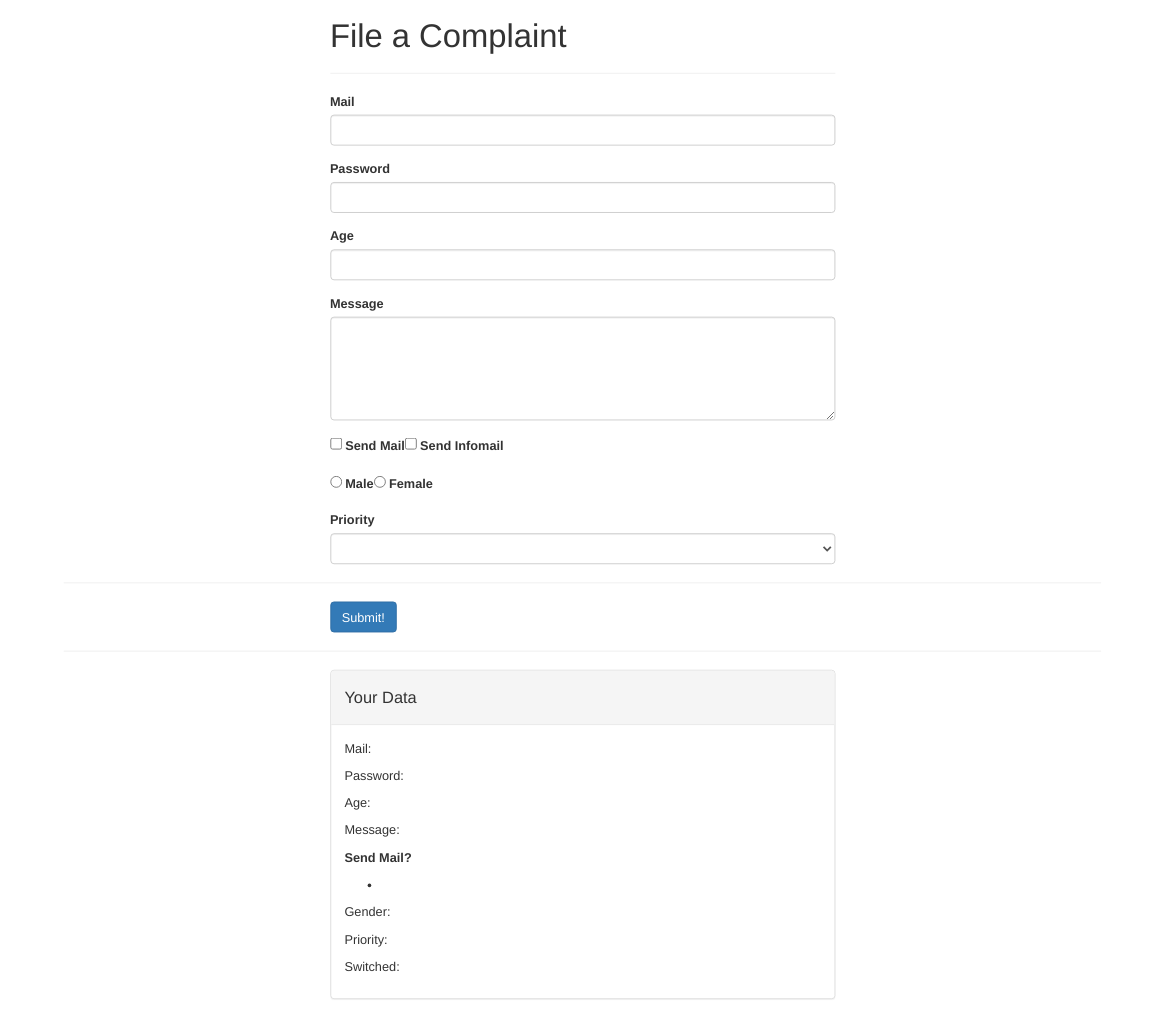
Repository: wojkos/Learn
Page: / (app in Vue/module_form/)
The author's editor kept a copy of each file at every save. The page is drawn from the files as they stood at one save, then again after the next save.
The browser window is 1280 px wide. The pictures show the whole page, at 91% of full size.
The project was rebuilt for these pictures with package versions that can differ from the ones it lists, and the page was loaded fresh each time. Also part of the build but not shown: Vue/module_form/webpack.config.js.

Above is the page before, as saved 2018-05-15 22:12:25.

### Vue/module_form/src/App.vue
<template>
    <div class="container">
        <form>
            <div class="row">
                <div class="col-xs-12 col-sm-8 col-sm-offset-2 col-md-6 col-md-offset-3">
                    <h1>File a Complaint</h1>
                    <hr>
                    <div class="form-group">
                        <label for="email">Mail</label>
                        <input
                                type="text"
                                id="email"
                                class="form-control"
                                v-model="email">
                    </div>
                    <div class="form-group">
                        <label for="password">Password</label>
                        <input
                                type="password"
                                id="password"
                                class="form-control">
                    </div>
                    <div class="form-group">
                        <label for="age">Age</label>
                        <input
                                type="number"
                                id="age"
                                class="form-control">
                    </div>

                </div>
            </div>
            <div class="row">
                <div class="col-xs-12 col-sm-8 col-sm-offset-2 col-md-6 col-md-offset-3 form-group">
                    <label for="message">Message</label><br>
                    <!-- Interpolation between <textarea>{{ test }}</textarea> doesn't work!-->
                    <textarea
                            id="message"
                            rows="5"
                            class="form-control"></textarea>
                </div>
            </div>
            <div class="row">
                <div class="col-xs-12 col-sm-8 col-sm-offset-2 col-md-6 col-md-offset-3">
                    <div class="form-group">
                        <label for="sendmail">
                            <input
                                    type="checkbox"
                                    id="sendmail"
                                    value="SendMail"> Send Mail
                        </label>
                        <label for="sendInfomail">
                            <input
                                    type="checkbox"
                                    id="sendInfomail"
                                    value="SendInfoMail"> Send Infomail
                        </label>
                    </div>

                </div>
            </div>
            <div class="row">
                <div class="col-xs-12 col-sm-8 col-sm-offset-2 col-md-6 col-md-offset-3 form-group">
                    <label for="male">
                        <input
                                type="radio"
                                id="male"
                                value="Male"> Male
                    </label>
                    <label for="female">
                        <input
                                type="radio"
                                id="female"
                                value="Female"> Female
                    </label>
                </div>
            </div>
            <div class="row">
                <div class="col-xs-12 col-sm-8 col-sm-offset-2 col-md-6 col-md-offset-3 from-group">
                    <label for="priority">Priority</label>
                    <select
                            id="priority"
                            class="form-control">
                        <option></option>
                    </select>
                </div>
            </div>
            <hr>
            <div class="row">
                <div class="col-xs-12 col-sm-8 col-sm-offset-2 col-md-6 col-md-offset-3">
                    <button
                            class="btn btn-primary">Submit!
                    </button>
                </div>
            </div>
        </form>
        <hr>
        <div class="row">
            <div class="col-xs-12 col-sm-8 col-sm-offset-2 col-md-6 col-md-offset-3">
                <div class="panel panel-default">
                    <div class="panel-heading">
                        <h4>Your Data</h4>
                    </div>
                    <div class="panel-body">
                        <p>Mail: {{ email }}</p>
                        <p>Password:</p>
                        <p>Age:</p>
                        <p>Message: </p>
                        <p><strong>Send Mail?</strong></p>
                        <ul>
                            <li></li>
                        </ul>
                        <p>Gender:</p>
                        <p>Priority:</p>
                        <p>Switched:</p>
                    </div>
                </div>
            </div>
        </div>
    </div>
</template>

<script>
    export default {
        data () {
            return {
                email: ''
            }
        }
    }
</script>

<style>

</style>

Loaded but not shown: Vue/module_form/index.html (common file); Vue/module_form/src/main.js (common file)

After the next save:
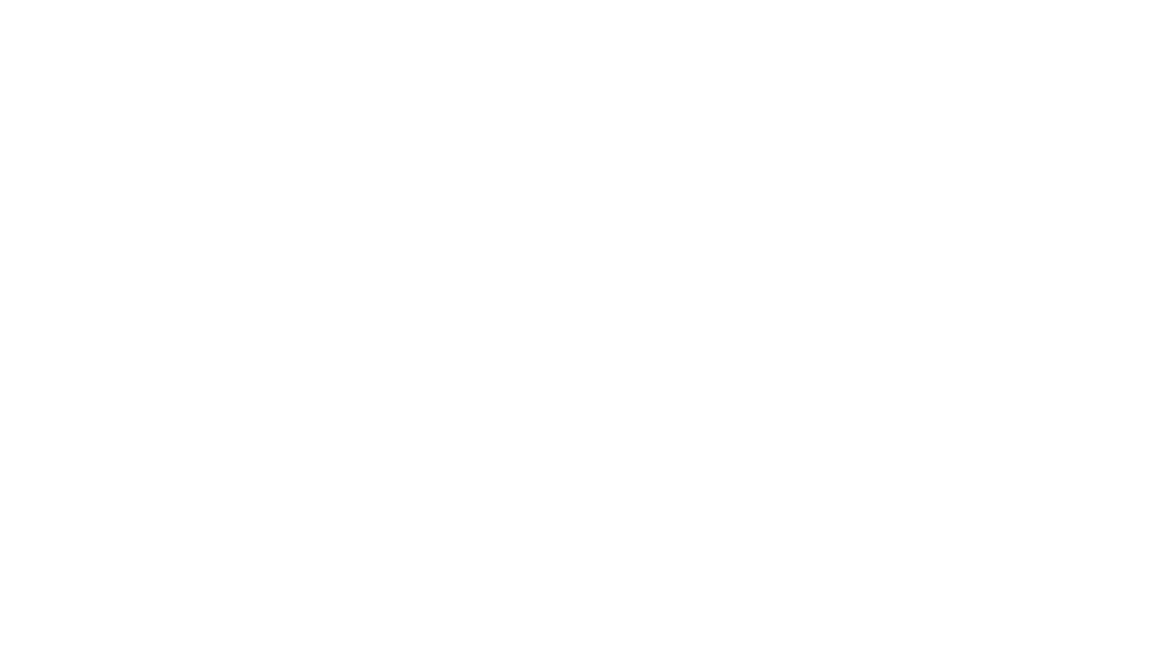
Saved 4 min 35 s later.
--- a/Vue/module_form/src/App.vue
+++ b/Vue/module_form/src/App.vue
@@ -11,7 +11,7 @@
                                 type="text"
                                 id="email"
                                 class="form-control"
-                                v-model="email">
+                                v-model="UserData.email">
                     </div>
                     <div class="form-group">
                         <label for="password">Password</label>
@@ -124,7 +124,10 @@
     export default {
         data () {
             return {
-                email: ''
+                userData: {
+                    email: ''
+
+                }
             }
         }
     }

After the 3 saves that followed:
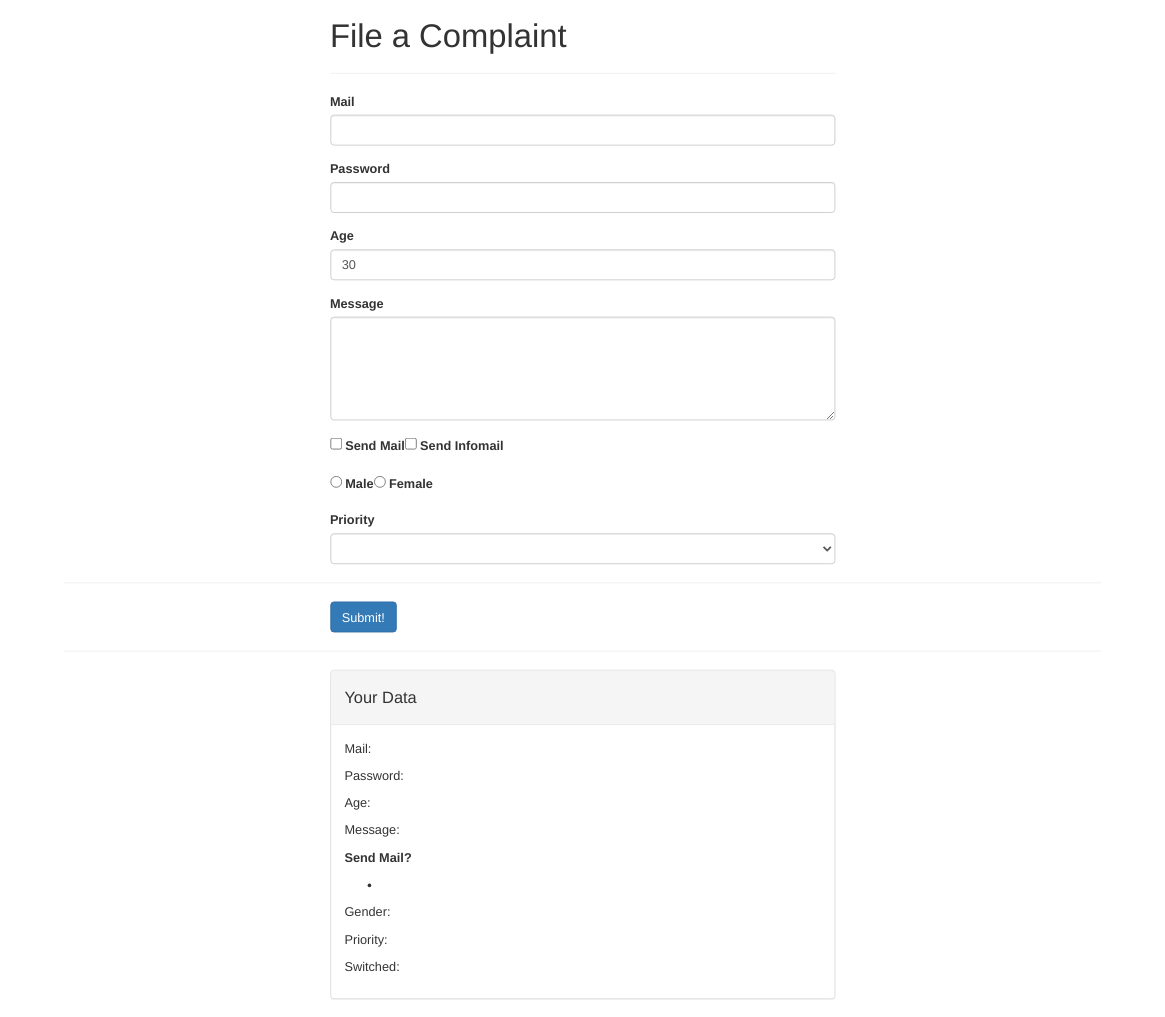
The 3 saves are shown as one change because 2 left the picture as it was.
The last was saved 2 min 38 s later.
--- a/Vue/module_form/src/App.vue
+++ b/Vue/module_form/src/App.vue
@@ -11,21 +11,23 @@
                                 type="text"
                                 id="email"
                                 class="form-control"
-                                v-model="UserData.email">
+                                v-model="userData.email">
                     </div>
                     <div class="form-group">
                         <label for="password">Password</label>
                         <input
                                 type="password"
                                 id="password"
-                                class="form-control">
+                                class="form-control"
+                                v-model="userData.password">
                     </div>
                     <div class="form-group">
                         <label for="age">Age</label>
                         <input
                                 type="number"
                                 id="age"
-                                class="form-control">
+                                class="form-control"
+                                v-model="userData.age">
                     </div>
 
                 </div>
@@ -102,7 +104,7 @@
                         <h4>Your Data</h4>
                     </div>
                     <div class="panel-body">
-                        <p>Mail: {{ email }}</p>
+                        <p>Mail: {{ userData.email }}</p>
                         <p>Password:</p>
                         <p>Age:</p>
                         <p>Message: </p>
@@ -125,8 +127,9 @@
         data () {
             return {
                 userData: {
-                    email: ''
-
+                    email: '',
+                    password: '',
+                    age: 30
                 }
             }
         }
